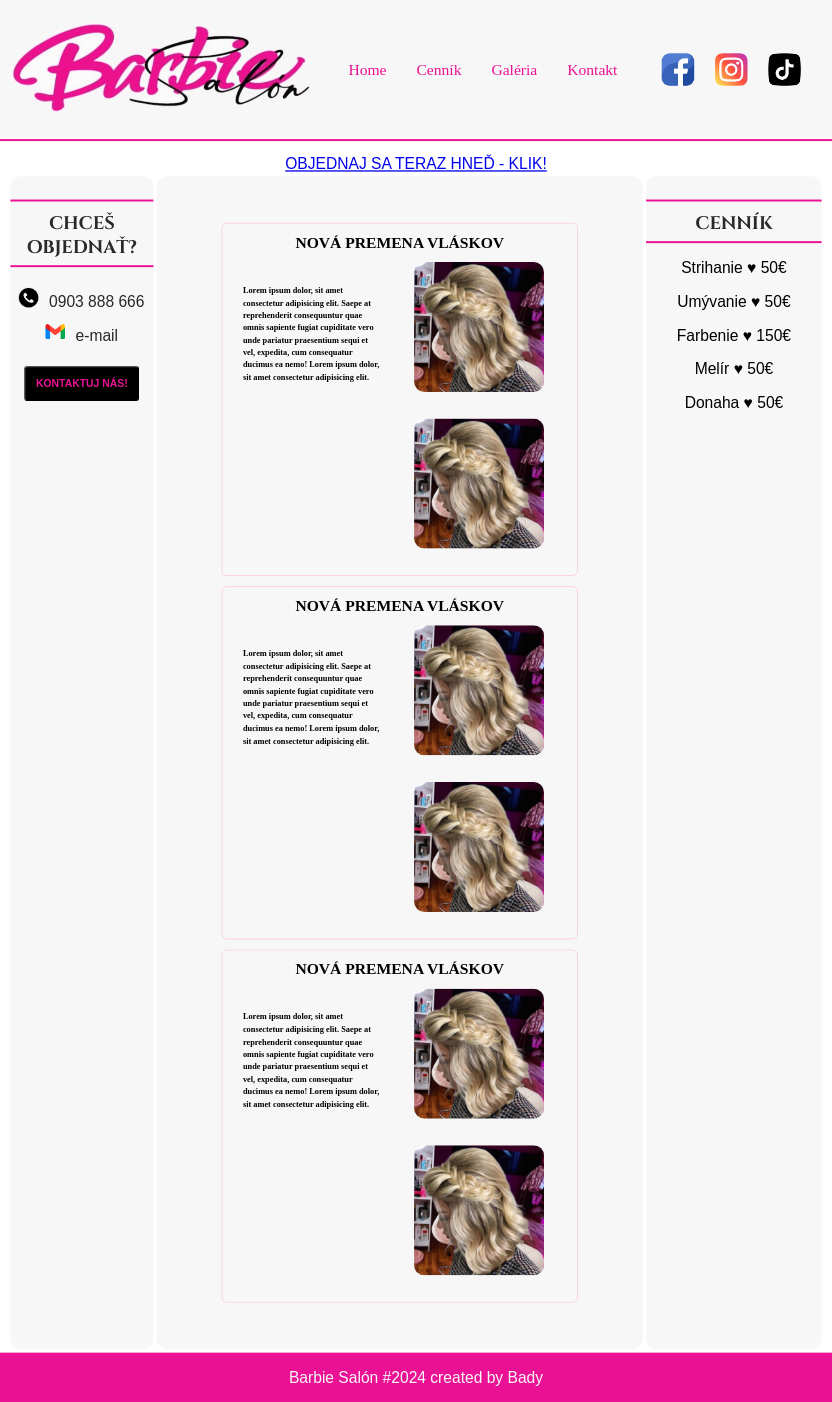
Repository: Badynko/Barbie-salon
Page: index.html
An editor plug-in stored every save of this project. The page is shown before and after the next save, followed by the edit.
The browser window is 1280 px wide. The pictures show the whole page, at 65% of full size.
Some web fonts or font styles are not loaded; a fallback is used.

Above is the page before, as saved 2024-08-08 17:40:55.

After the next save:
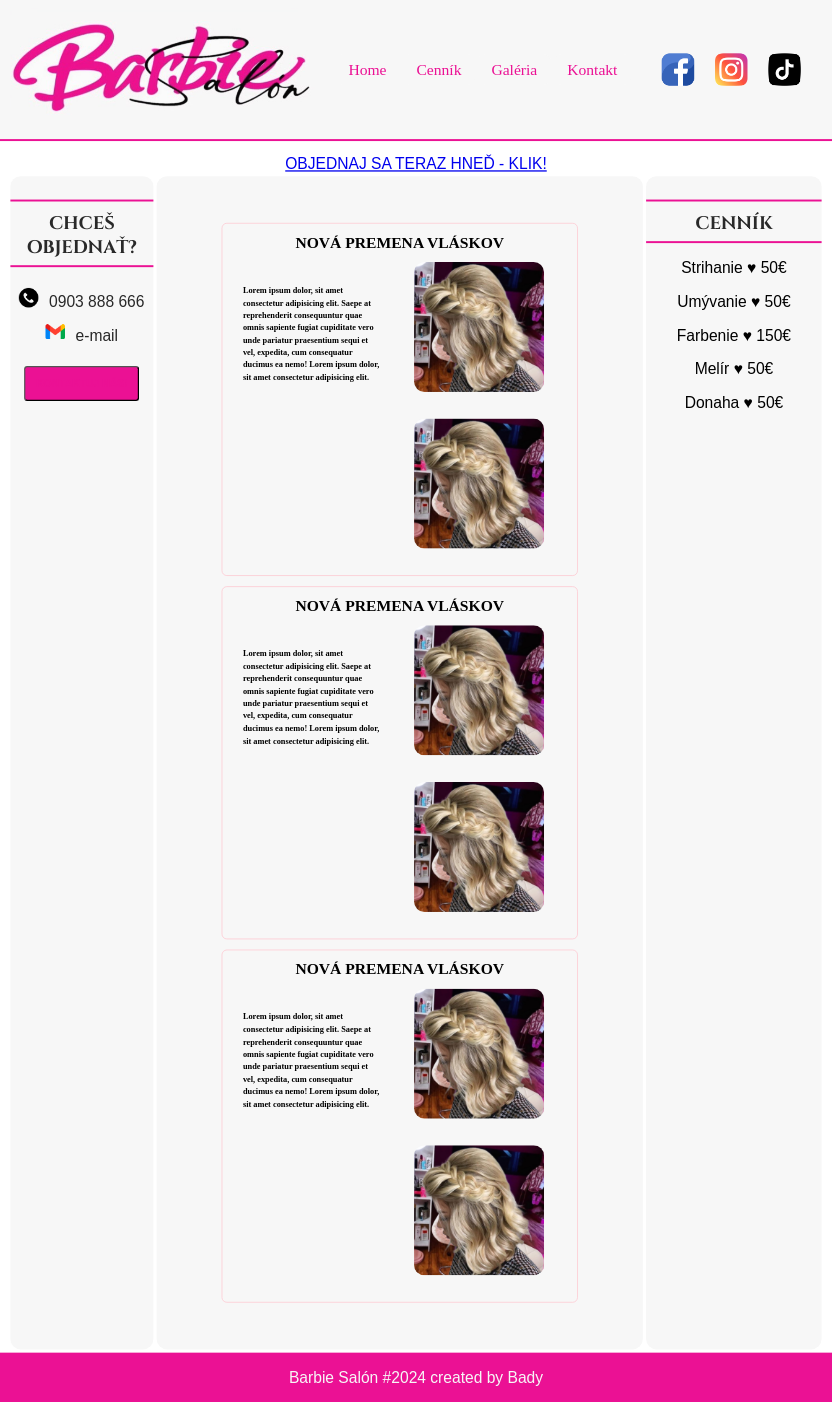
Saved 27 s later.
--- a/css/style.css
+++ b/css/style.css
@@ -159,7 +159,7 @@
   margin-top: 2rem;
   font-size: 1rem;
   color: rgb(235, 17, 148);
-  background: black;
+  background: rgb(235, 17, 148);
   border-radius: 5px;
   text-transform: uppercase;
   font-weight: 600;
